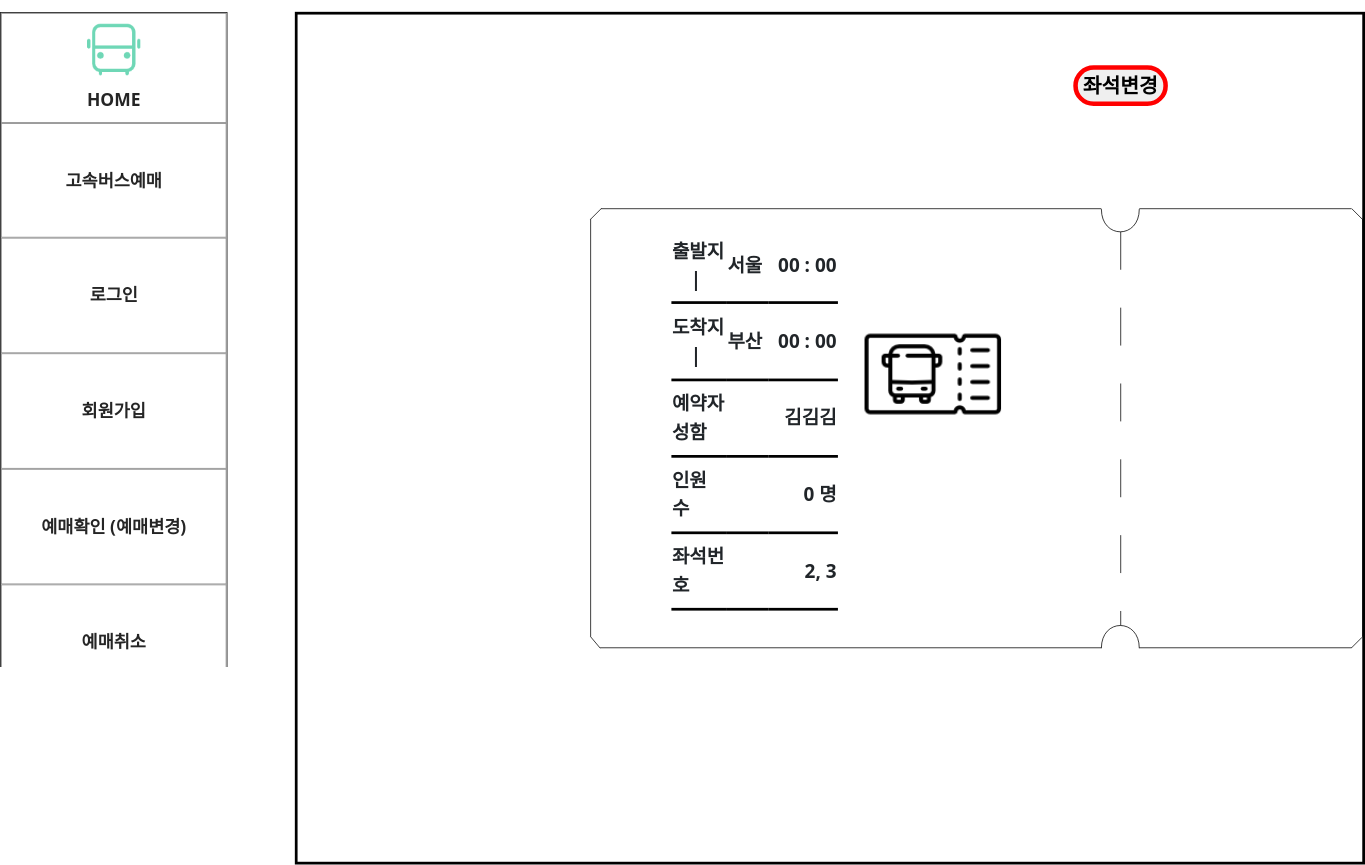
Repository: rudqhd79/spring_personal
Page: http://localhost/reservation/check
The author's editor kept a copy of each file at every save. The page is drawn from the files as they stood at one save, then again after the next save.
The browser window is 1280 px wide. The page is 1500 px wide, so the pictures cover 1500 px, including what lies to the right of the window. The pictures show the whole page, at 91% of full size.
The page is this project's Thymeleaf template; nobody is signed in. The template is opened directly, without the code that normally fills it, so the values that code supplies are empty.

Above is the page before, as saved 2023-02-03 07:14:44.

After the next save:
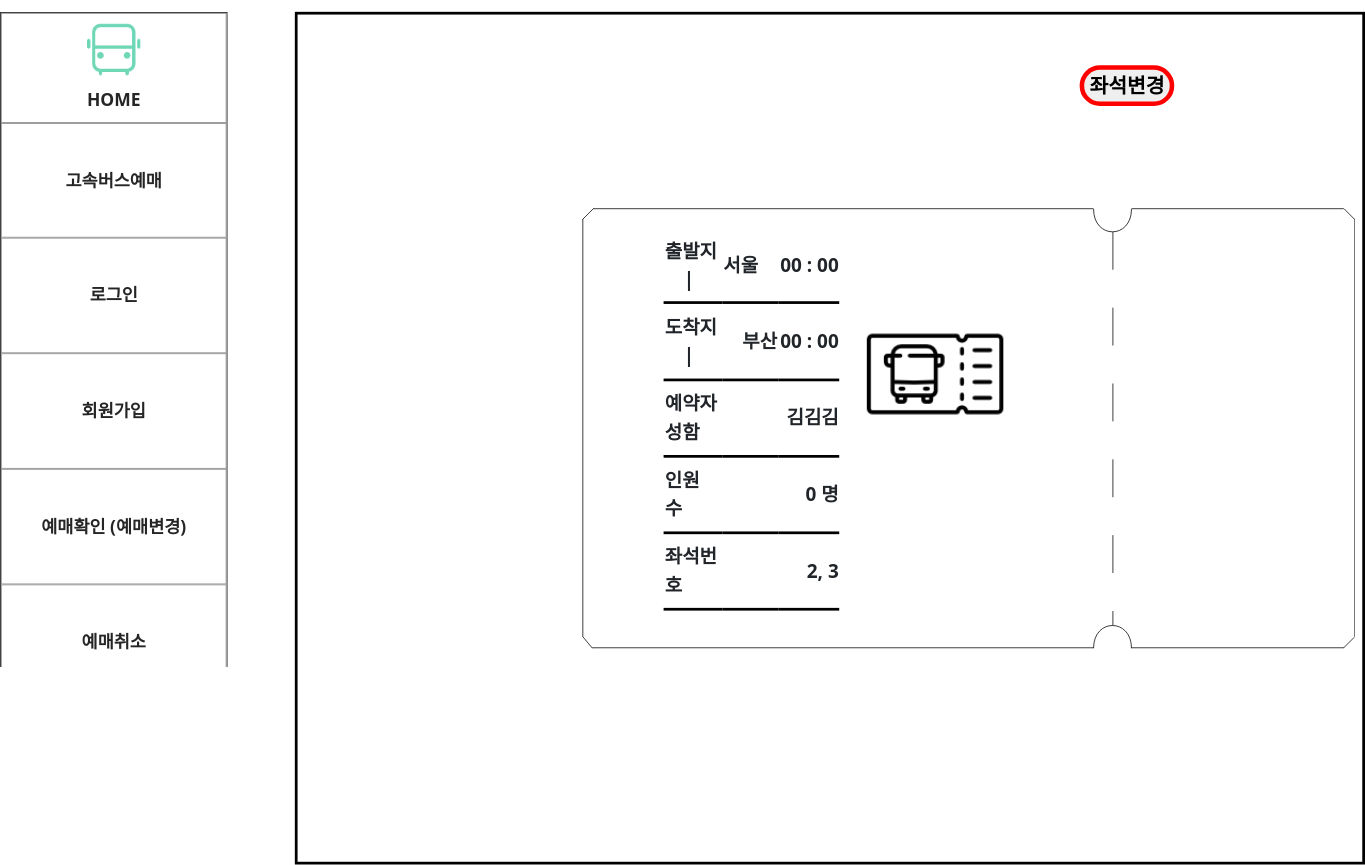
Saved 12 s later.
--- a/bus-reservation/src/main/resources/templates/reservation/check.html
+++ b/bus-reservation/src/main/resources/templates/reservation/check.html
@@ -48,7 +48,7 @@
 							</tr>
 							<tr class="check_tr_three">
 								<th class="check_th">도착지 &emsp;| &emsp;</th>
-								<th class="check_th">부산</th>
+								<th class="check_th"> &emsp;부산</th>
 								<th class="check_th">00 : 00</th>
 							</tr>
 							<tr class="check_tr_two">
